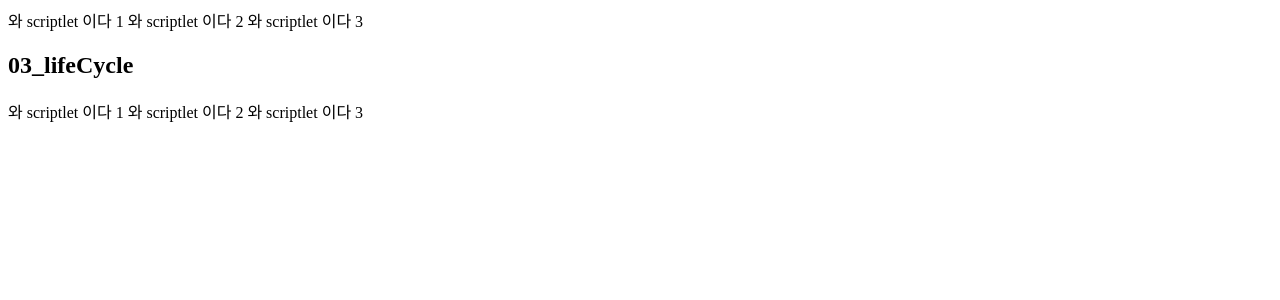
Repository: kimjihyeon9/202205_greenStudy-JSP-
Page: http://localhost/jspProject/basice/03_lifeCycle.jsp
These files come from the project's save history. The page is drawn as it stood at one moment and after a run of saves; the edit follows.
The browser window is 1280 px wide. The pictures show the whole page.
The page is served by Tomcat 9.

Above is the page before, as saved 2022-05-09 09:09:48.

After the next 2 saves:
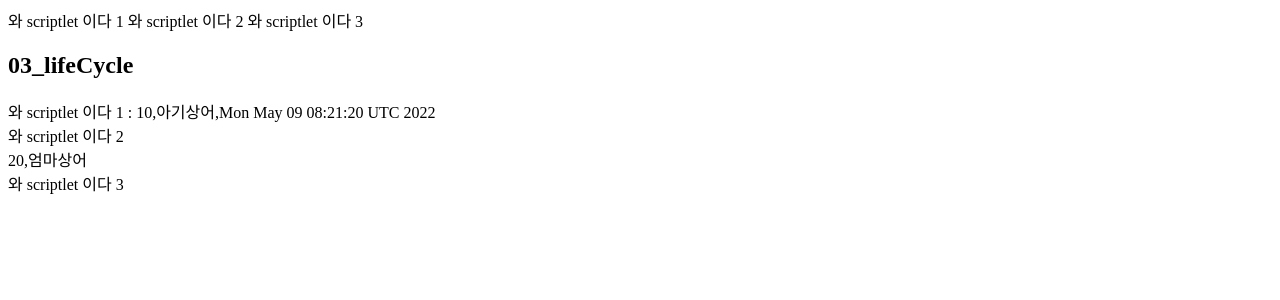
The 2 saves are shown as one change because 1 did not build or start.
The last was saved 3 min 24 s later.
--- a/jspProject/src/main/webapp/basice/03_lifeCycle.jsp
+++ b/jspProject/src/main/webapp/basice/03_lifeCycle.jsp
@@ -49,11 +49,21 @@
 <%
 	// scriptlet : _jspService() 메소드 정의 ::> main 과 같다
 	// 실제 코드 실행이 된다.
-	out.println("와 scriptlet 이다 1");
+	out.println("와 scriptlet 이다 1 : " + a + "," + b + "," + now + "<br>");
+	int aa = 20;
+	String bb = "엄마상어";
 
-	out.println("와 scriptlet 이다 2");
+	out.println("와 scriptlet 이다 2<br>" + aa + "," + bb + "<br>");
+	class AAA{
+
+	}
 
 	out.println("와 scriptlet 이다 3");
+
+	/* 메소드에서 메소드 정의 불가
+	void meth_3(){
+		out.println("meth_3() 실행");
+	} */
 %>
 </body>
 </html>
